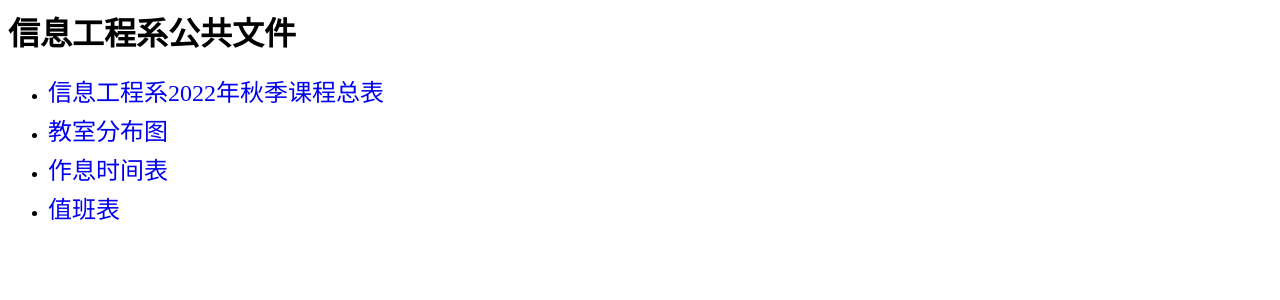
Repository: teacherlonglong/teacherlonglong.github.io
Page: index.html
An editor plug-in stored every save of this project. The page is shown before and after the next save, followed by the edit.
The browser window is 1280 px wide. The pictures show the whole page.

Above is the page before, as saved 2022-09-19 23:14:19.

### index.html
<html>

<head>
    <title>信息工程系公共文件</title>
    <style>
        li {
            line-height: 36px;
        }
        a {
            font-size: 24px;
            text-decoration: none;
        }
    </style>
</head>

<body>
    <h1>信息工程系公共文件</h1>
    <ul>
        <li><a href="./信息工程系2022年秋季课程总表.html" target="_blank">信息工程系2022年秋季课程总表</a></li>
        <li><a href="./教室分布图.htm" target="_blank">教室分布图</a></li>
        <li><a href="./作息时间表.htm" target="_blank">作息时间表</a></li>
        <li><a href="./值班表.htm" target="_blank">值班表</a></li>
    </ul>

</body>

</html>

After the next save:
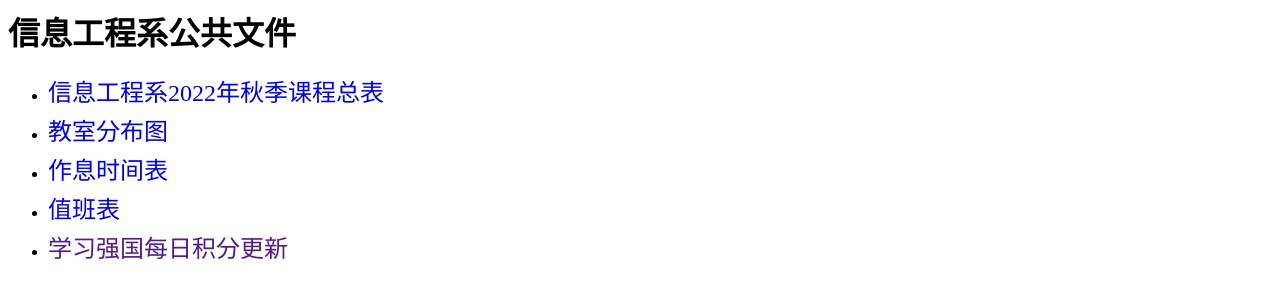
Saved 52 days later.
--- a/index.html
+++ b/index.html
@@ -20,6 +20,7 @@
         <li><a href="./教室分布图.htm" target="_blank">教室分布图</a></li>
         <li><a href="./作息时间表.htm" target="_blank">作息时间表</a></li>
         <li><a href="./值班表.htm" target="_blank">值班表</a></li>
+        <li><a href="">学习强国每日积分更新</a></li>
     </ul>
 
 </body>
